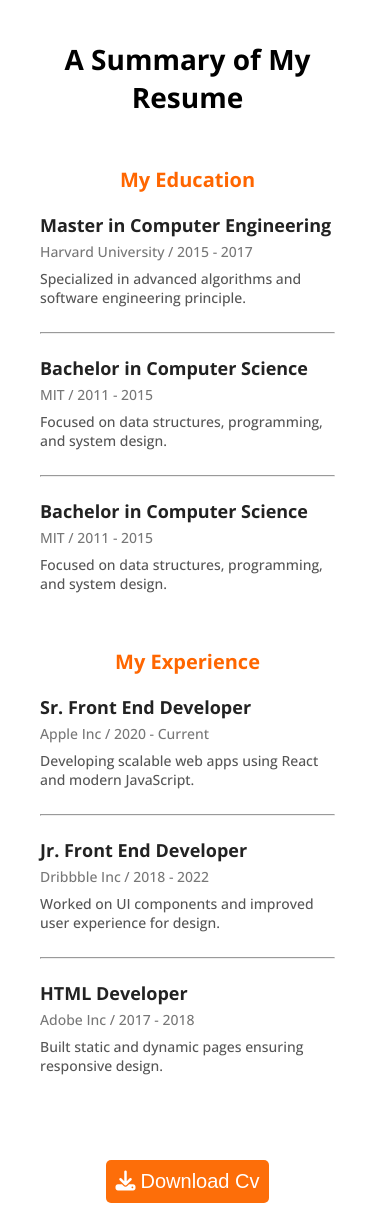
Repository: nahid-hasann/website-1
Page: index.html
An editor plug-in stored every save of this project. The page is shown before and after a run of saves, followed by the edit.
The browser window is 375 px wide. The pictures show the whole page.

Above is the page before, as saved 2025-07-16 11:27:40.

### index.html
<!DOCTYPE html>
<html lang="en">
<head>
    <meta charset="UTF-8">
    <meta name="viewport" content="width=device-width, initial-scale=1.0">
    <title>Document</title>
    <link rel="preconnect" href="https://fonts.googleapis.com">
<link rel="preconnect" href="https://fonts.gstatic.com" crossorigin>
<link href="https://fonts.googleapis.com/css2?family=Open+Sans:ital,wght@0,300..800;1,300..800&display=swap" rel="stylesheet">
<link rel="stylesheet" href="style.css">
<link rel="stylesheet" href="https://cdnjs.cloudflare.com/ajax/libs/font-awesome/6.7.2/css/all.min.css" integrity="sha512-Evv84Mr4kqVGRNSgIGL/F/aIDqQb7xQ2vcrdIwxfjThSH8CSR7PBEakCr51Ck+w+/U6swU2Im1vVX0SVk9ABhg==" crossorigin="anonymous" referrerpolicy="no-referrer" />
<link rel="shortcut icon" href="images/icons/icons8-portfolio-50.png" type="image/x-icon">
</head>
<body class="open-sans-nahid">

<header class="main-header hide">
    <nav class="header">
          <div>
            <h3 class="nav-title">Ma<span style="color: #fd6e09;">r</span>y</h3>
          </div>
          <div class="menu">
            <ul>
            <li><a href="" class="dark-2" >Portfolio</a></li>
            <li><a  class="dark-2" href="">Blog</a></li>
            <li><button class="hire-me">Hire Me</button></li>
          </ul>
          </div>
    </nav>

    <div class="banner">

      <div class="banner-container">
        <h4 style="font-size: 45px; font-weight: 400;" class="dark-2">Hi, I  am</h4>
        <h1 style="font-size: 85px;">Mary Hardy</h1>
        <br>
        <p class="banner-description dark-2">
          Shot what able cold new see hold.Friendly as an betrayed formerly he. Morning because as to society behaved moments.
        </p>
        <br>
        <br>
        <button class="hire-me" style="margin-right: 20px;"><i class="fa-solid fa-download" style="margin-right: 5px;"></i>Download Cv</button>
        <button class="btn-2"><i class="fa-solid fa-phone" style="margin-right: 5px;"></i>Contact</button>
      </div>
      <img class="banner-img" src="images/hardy.png" alt="">

    </div>

</header>

<main >

  <section class="section hide">
      <h3 class="section-title">About Me</h3>
      <p style="font-size: 18px; color: grey; margin-top: 30px;">I, m a designer & developer with a passion for web design. I enjoy developing simple, clean and slick websites that provide real value to the end user. Thousands of clients have procured exceptional resulfs while working with me. Delivering work within time and budget which meets clients requirements in our mata.</p>

      <div class="about-items">

    <div class="about-item">
      <p class="item-title">Name:</p>
      <p class="item-description">Mary Hardy</p>
    </div>
    <div class="about-item">
      <p class="item-title">Email:</p>
      <p class="item-description">info@gmail.com</p>
    </div>
    <div class="about-item">
      <p class="item-title">Date of birth:</p>
      <p class="item-description">11 November 1987</p>
    </div>
    <div class="about-item">
      <p class="item-title">From:</p>
      <p class="item-description">Los Angeles, USA</p>
    </div>

  </div>

  </section>

  <section class="skiill hide">
            <h3 class="section-title">What I do</h3>
            <p class="section-des">I have more than 10 years experience building software for clients all over the world. Below is a quick overview of my main technical skill sets and technologies i use. Want to find out more about my experience? Check out my online resume and project portfolio.</p>

         <div class="skills-container">

          <div class="skkis-veriation">
            <img src="images/icons/js.png" alt="" class="skiils-img">
            <p class="skills-heading">Vanilla JavaScript</p>
            <p class="skiils-description"> List skill/technologies here. You can change the icon above to any of the 1500+ FontAwesome 5 free icons available. Aenean commodo ligula eget dolor.</p>
          </div>
          <div class="skkis-veriation">
            <img src="images/icons/react.png" alt="" class="skiils-img">
            <p class="skills-heading">React</p>
            <p class="skiils-description">List skill/technologies here. You can change the icon above to any of the 1500+ FontAwesome 5 free icons available. Aenean commodo ligula eget dolor.</p>
          </div>
          <div class="skkis-veriation">
            <img src="images/icons/nodejs.png" alt="" class="skiils-img">
            <p class="skills-heading">Node.js</p>
            <p class="skiils-description">List skill/technologies here. You can change the icon above to any of the 1500+ FontAwesome 5 free icons available. Aenean commodo ligula eget dolor.</p>
          </div>
          <div class="skkis-veriation">
            <img src="images/icons/mongo.png" alt="" class="skiils-img">
            <p class="skills-heading">MongoDB</p>
            <p class="skiils-description">List skill/technologies here. You can change the icon above to any of the 1500+ FontAwesome 5 free icons available. Aenean commodo ligula eget dolor.</p>
          </div>

         </div>

  </section>

  <section class="">

<div class="container-m">
    <h2>A Summary of My Resume</h2>
    <div class="grid">
      <div class="section-m">
        <h3>My Education</h3>
        <div class="item-m">
          <h4>Master in Computer Engineering</h4>
          <span>Harvard University / 2015 - 2017</span>
          <p>Specialized in advanced algorithms and software engineering principle.</p>
        </div>
        <hr>
        <br>
        <div class="item-m">
          <h4>Bachelor in Computer Science</h4>
          <span>MIT / 2011 - 2015</span>
          <p>Focused on data structures, programming, and system design.</p>
        </div>
        <hr>
        <br>
        <div class="item-m">
          <h4>Bachelor in Computer Science</h4>
          <span>MIT / 2011 - 2015</span>
          <p>Focused on data structures, programming, and system design.</p>
        </div>

      </div>
      <div class="section-m">
        <h3>My Experience</h3>
        <div class="item-m">
          <h4>Sr. Front End Developer</h4>
          <span>Apple Inc / 2020 - Current</span>
          <p>Developing scalable web apps using React and modern JavaScript.</p>
        </div>
    <hr>
        <br>
        <div class="item-m">
          <h4>Jr. Front End Developer</h4>
          <span>Dribbble Inc / 2018 - 2022</span>
          <p>Worked on UI components and improved user experience for design.</p>
        </div>
        <hr>
    <br>
        <div class="item-m">
          <h4>HTML Developer</h4>
          <span>Adobe Inc / 2017 - 2018</span>
          <p>Built static and dynamic pages ensuring responsive design.</p>
        </div>
      </div>
    </div>
  </div>

  <button class="hire-me" style="margin: 20px auto; display: block;"><i class="fa-solid fa-download" style="margin-right: 5px;"></i>Download Cv</button>

  </section>

</main>

<!-- .about-items*4>p.item-title+p.item-description  -->


<footer class="hide">

     <div class="main-footer">

     <div class="footer-column">
        <h3 class="section-title">Lets Connect</h3>
        <p style="font-size: 18px; color: grey; margin: 20px 0px;">Please fill out the form on this section to contact with me or call between 9:00 A.M and 8.00 P.M ET, Monday through Friday.</p>
        <img src="images/icons/facebook.png" alt="">
        <img style="margin: 0px 20px;" src="images/icons/twitter.png" alt="">
        <img src="images/icons/insta.png" alt="">
     </div>

     <div class="footer-column">

        <h3 class="section-title" style=" margin-bottom: 30px;">Lets Connect</h3>
        <form class="form" action="">
            <input type="text" name="" placeholder="Your Name" id=""> <br>
            <input type="email" name="" placeholder="Yoour Email" id=""> <br>
            <textarea name="" placeholder="Message" id=""></textarea> <br>
            <button class="hire-me" >Submit</button>
        </form>

     </div>

</div>

</footer>


</body>
</html>

### style.css
* {
  margin: 0;
  padding: 0;
  box-sizing: border-box;
}


.open-sans-nahid {
  font-family: "Open Sans", sans-serif;
  font-optical-sizing: auto;
  font-style: normal;
  font-variation-settings: "wdth" 100;
  font-weight: 500;
}

.main-header{
    background-image: url('images/developer.png'), url('images/header_bg.png') ;
    background-repeat: no-repeat;
    background-position: 60px  28px, bottom right ;
    background-color: #fff8f3;
}



.header{
    display: flex;
    justify-content: space-around;
    gap: 250px;
    align-items: center;
    /* background-color: red; */
    padding: 15px 0px;
}

.nav-title{
    font-weight: 800;
    font-size: 45px;
}

.menu ul{
    display: flex;
    gap: 30px;
    align-items: center;
}

.menu ul li{
    list-style: none;

}

.menu ul li a{
    text-decoration: none;
    font-size: 20px;
}

.hire-me{
    background-color: #fd6e09;
    padding: 10px;
    border-radius: 5px;
    color: white;
    border: none;
    font-size: 20px;
}

.btn-2{
    padding: 10px;
    border-radius: 5px;
    color: #fd6e09;
    border: 1px solid  #fd6e09;
    font-size: 20px;
    background-color: #fff8f3;
}

.dark-2{
    color: #474747;
}

.banner-container{
    width: 585px;
}

.banner-description{
    font-size: 18px;
}

.banner-img{
    width: 584px;
    height: 676px;
}

.banner{
    display: flex;
    align-items: center;
    justify-content: space-around;
    margin: 50px 0px 0px 170px;

}

.section{
    background-color: #fff8f3;
    padding: 150px;
    text-align: center;
    border-radius: 10px;
    margin: 130px 0px;
}

.section-title{
    font-size: 35px;
    font-weight: bold;
    color: #181818;
}

main{
    max-width: 1140px;
     margin: 0px auto;
}

.about-items{
    display: flex;
    justify-content: space-between;
}

.item-title{
    font-size: 18px;
    font-weight: 300;
    color: grey;
    margin-top: 30px;
}

.item-description{
    font-size: 18px ;
    font-weight: 700;
}

.skiill{
    text-align: center;
    margin-bottom: 130px;
}

.skills-container{
    display: flex;
    margin-top: 30px;
    gap: 30px;
    text-align: justify;
}

.skkis-veriation{
    background-color: #FFFFFF;
    box-shadow: 0px 6px 50px 0px rgba(0, 0, 0, 0.06);
padding: 30px;
border-radius: 5px;
margin-top: 20px;
}

.section-des{
    font-size: 18px;
    color: grey;
    margin-top: 30px;
     width: 909px;
     margin: 0px auto;
      margin-top: 30px;
}

.skills-heading{
    margin: 15px 0px;
    font-size: 20px ;
    font-weight: 700px;
}

.skiils-description{
     font-size: 16px;
     color: grey;
}

.resume{
    margin-bottom: 130px;
}

.resume-container{
    display: flex;
    gap: 40px;
    margin-top: 50px;
}

.resume h3{
    margin-bottom: 100px;
}

.resume-column h3{
    font-size: 30px ;
    font-weight: 700;
    margin-bottom: 20px;
}

.resume-column-title{
    font-size: 30px;
    font-weight: 700;
}

.experience{
    padding-right: 50px;
}

.experience-title{
        font-size: 25px;
    font-weight: 700;
    margin-bottom: 5px;
}

.experience-subtitle{
    font-size: 20px;
    font-weight: 600;

    color: rgba(117, 117, 117, 1);
}

.experince-description{
    margin-top: 20px;
    margin-bottom: 20px;
    font-size: 16px;
    color: rgba(117, 117, 117, 1);
}


.main-footer{
    margin-top: 130px;
    background-color: rgba(255, 248, 243, 1);
    padding: 50px 100px;
    display: flex;
    justify-content: space-around;
    align-items: center;
}

.footer-column{
    max-width: 40%;
}

.form input{
      display: block;
      padding: 12px 20px;
      width: 441px;
      font-size: 16px;
      border: none;
      border-radius: 5px;
}

.form textarea{
     width: 441px;
     font-size: 16px;
     border: none;
      border-radius: 5px;
      display: block;
      padding: 15px 20px;
      height: 180px;
}


.container-m{
  margin: auto;
  background: #fff;
  padding: 40px;
}

h2 {
  text-align: center;
  margin-bottom: 40px;
  font-size: 28px;
  margin-bottom: 50px;
}

.grid {
  display: grid;
  grid-template-columns: 1fr 1fr;
  gap: 30px;
}

.section-m h3 {
  margin-bottom: 20px;
  color: #ff6600;
  font-size: 20px;
}

.item-m {
  margin-bottom: 25px;
}

.item-m h4 {
  margin: 0 0 5px;
  font-size: 18px;
  color: #222;
}

.item-m span {
  display: block;
  color: #777;
  font-size: 14px;
  margin-bottom: 8px;
}

.item-m p {
  margin: 0;
  font-size: 14px;
  color: #555;
}

.hide{
    display: none;
}

@media screen and (max-width: 575px) {
    .section-title{
        font-size: 30px;
    }

    .section-des{
        font-size: 14px;
        max-width: 400px;
        min-width: 100px;
        padding: 0 10px;
    }

    .skills-container{
        flex-direction: column;
    }

    .skkis-veriation{
        margin: 0 20px;
        display: flex;
        flex-direction: column;
        align-items: center;
        justify-content: center;
        text-align: center;
    }

    .grid{
        grid-template-columns: 1fr;
    }

    .section-m h3{
        text-align: center;
    }

    .item-m{
        display: flex;
        flex-direction: column;
    }
}

After the next 3 saves:
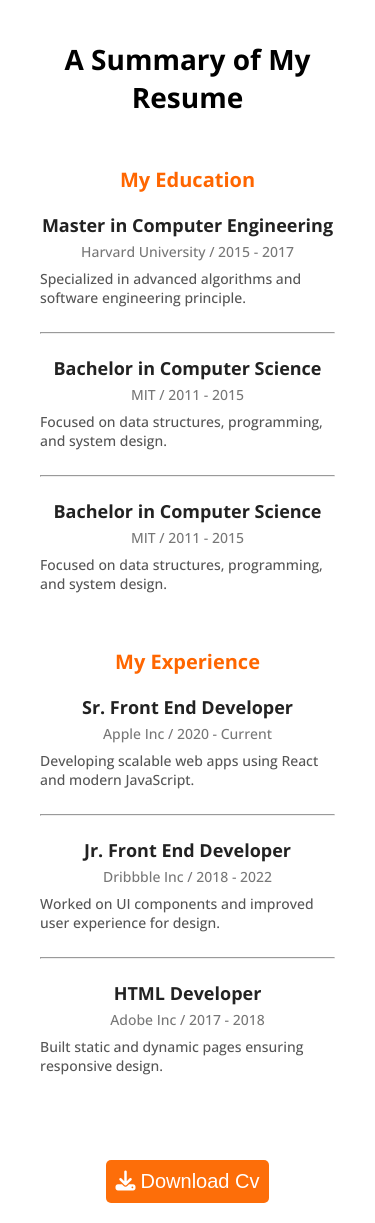
The 3 saves are shown as one change because they came seconds apart.
The last was saved 8 s later.
--- a/style.css
+++ b/style.css
@@ -342,5 +342,7 @@
     .item-m{
         display: flex;
         flex-direction: column;
-    }
-}
+        align-items: center;
+        justify-content: center;
+    }
+}
